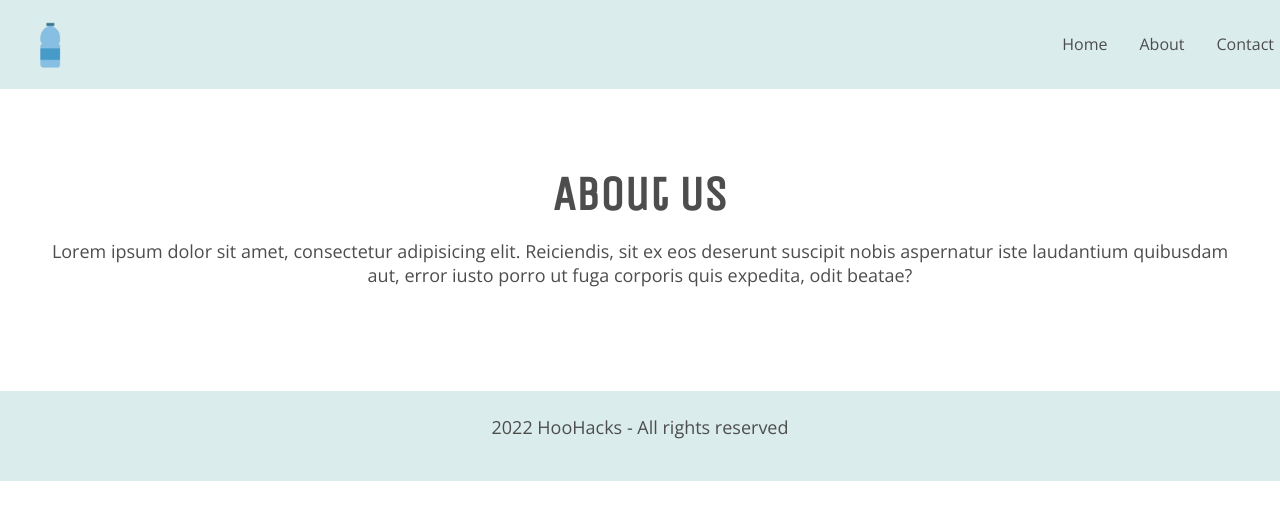
Repository: jennyjjung/H2ODaily
Page: about.html
An editor plug-in stored every save of this project. The page is shown before and after the next save, followed by the edit.
The browser window is 1280 px wide. The pictures show the whole page.

Above is the page before, as saved 2022-03-26 19:29:31.

### about.html
<!DOCTYPE html>
<html lang="en">
<head>
  <meta charset="UTF-8">
  <meta http-equiv="X-UA-Compatible" content="IE=edge">
  <meta name="viewport" content="width=device-width, initial-scale=1.0">
  <title>H2O Daily</title>
  <link href='https://fonts.googleapis.com/css?family=Unica One' rel='stylesheet'>
  <link href="https://fonts.googleapis.com/css2?family=Open+Sans:wght@400;600;700&display=swap" rel="stylesheet">
  <link rel="stylesheet" href="style.css" />
  <script src="main.js" defer></script>
</head>
<body>

  <nav id="navbar">
    <div class="navbar__logo">
      <a href="index.html"><img src="images/bottle.png" class="navbar__bottle"></a>
    </div>
    <div class="navbar__menu">
      <li class="navbar__menu__item"><a href="index.html">Home</a></li>
      <li class="navbar__menu__item"><a href="about.html">About</a></li>
      <li class="navbar__menu__item"><a href="contact.html">Contact</a></li>
    </div>
  </nav>

  <section id="about">
    <h1>About Us</h1>
    <div class="about__content">
      <p>
        Lorem ipsum dolor sit amet, consectetur adipisicing elit. Reiciendis, sit ex eos deserunt suscipit nobis
        aspernatur iste laudantium quibusdam aut, error iusto porro ut fuga corporis quis expedita, odit beatae?
      </p>
    </div>
  </section>

  <section id="bottom">
    <div class= "bottom__container">
      <p class="bottom__rights">2022 HooHacks - All rights reserved</p>
    </div>
  </section>

</body>
</html>

### style.css
/* Global */
:root {
  /* Color */
  --color-white: #ffffff;
  --color-dark-grey: #4d4d4d;
  --color-blue: #daedec;
  --color-dark-blue: #b9d8d6;
  --color-yellow: rgb(241, 247, 208);

  /* Font weight */
  --weight-bold: 700;
  --weight-semi-bold: 600;
  --weight-regular: 400;

  /* Font Size */
  --font-large: 48px;
  --font-medium: 28px;
  --font-regular: 18px;
  --font-small: 16px;
  --font-micro: 14px;

  /* Size */
  --size-border-radius: 4px;
}

body {
  margin: 0;
  font-family: "Open Sans";
  cursor: default;
  text-align: center;
}

h1 {
  font-size: var(--font-large);
  font-weight: var(--weight-bold);
  color: var(--color-dark-grey);
  font-family: "Unica One";
  margin: 16px 0px;
}

p {
  font-size: var(--font-regular);
  font-weight: var(--weight-regular);
  color: var(--color-dark-grey);
  margin: 4px 0;
}

li {
  list-style: none;
}

a {
  text-decoration: none;
  color: var(--color-dark-grey);
}

blockquote {
  padding: 5%;
  color: var(--color-dark-grey);
  font-style: italic;
  line-height: 145%;
  position: relative;
  margin-top: 40px;
  width: 500px;
  margin-right: 0;
}

blockquote:before {
  content: "\201C";
  font-size: 400%;
  display: block;
  position: absolute;
  top: -5px;
  left: -3px;
}

/* Navbar */
#navbar {
  position: fixed;
  display: flex;
  justify-content: space-between;
  width: 100%;
  background-color: var(--color-blue);
  padding: 10px;
  align-items: center;
}

.navbar__menu {
  display: flex;
  margin-left: 25px;
}

.navbar__logo {
  font-size: var(--font-medium);
  font-weight: var(--weight-semi-bold);
  justify-content: center;
}

.navbar__bottle {
  width: 50px;
  padding-left: 20px;
  padding-top: 10px;
}

.navbar__menu__item {
  padding: 8px 12px;
  margin: 0 4px;
  cursor: pointer;
  border-radius: var(--size-border-radius);
}

.navbar__menu__item:hover {
  background-color: var(--color-dark-blue);
}

/* Home */
#home,
#contact,
#about {
  padding: 150px 40px 100px 40px;
}

.home__title {
  color: var(--color-dark-grey);
}

.home__content {
  display: flex;
  padding-top: 30px;
}

.home__container {
  display: flex;
  flex-direction: column;
  align-items: center;
  justify-content: center;
}

.home__logo {
  width: 250px;
  height: 250px;
  margin: 40px;
}

.btn__home {
  color: var(--color-dark-grey);
  background-color: var(--color-blue);
  font-size: var(--font-regular);
  font-weight: var(--weight-bold);
  font-family: "Unica One";
  margin: 24px;
  padding: 8px 16px;
  border-radius: var(--size-border-radius);
}

.btn__home:hover {
  background-color: var(--color-dark-blue);
}

#bottom {
  background-color: var(--color-blue);
  padding: 20px;
  text-align: center;
  height: 50px;
}

Loaded but not shown: main.js (no copy from this time; the picture is the same without it)

After the next save:
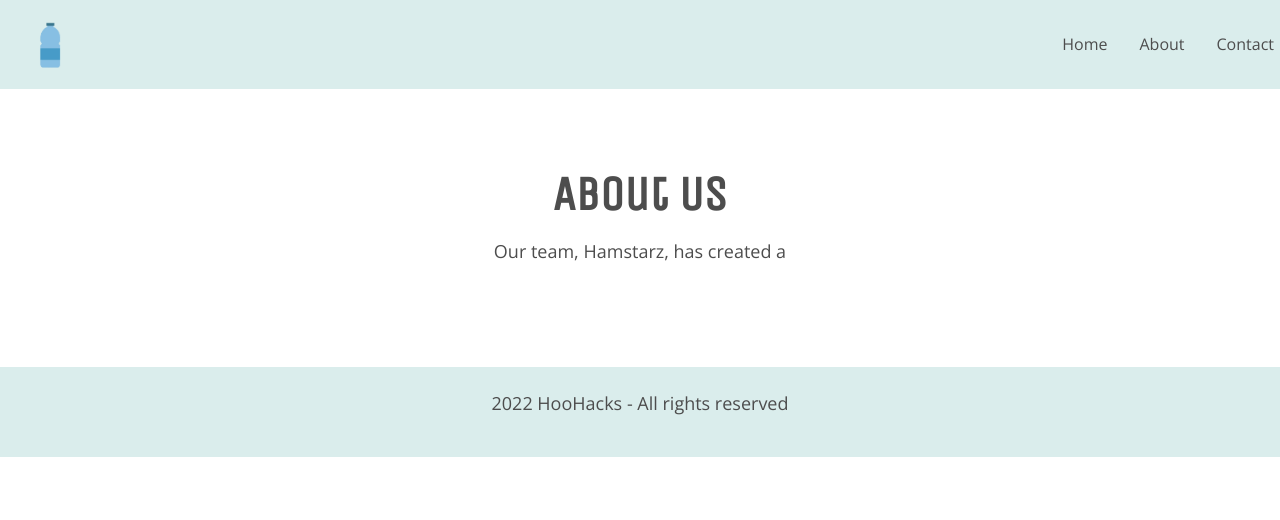
Saved 2 min 22 s later.
--- a/about.html
+++ b/about.html
@@ -27,8 +27,7 @@
     <h1>About Us</h1>
     <div class="about__content">
       <p>
-        Lorem ipsum dolor sit amet, consectetur adipisicing elit. Reiciendis, sit ex eos deserunt suscipit nobis
-        aspernatur iste laudantium quibusdam aut, error iusto porro ut fuga corporis quis expedita, odit beatae?
+        Our team, Hamstarz, has created a
       </p>
     </div>
   </section>
